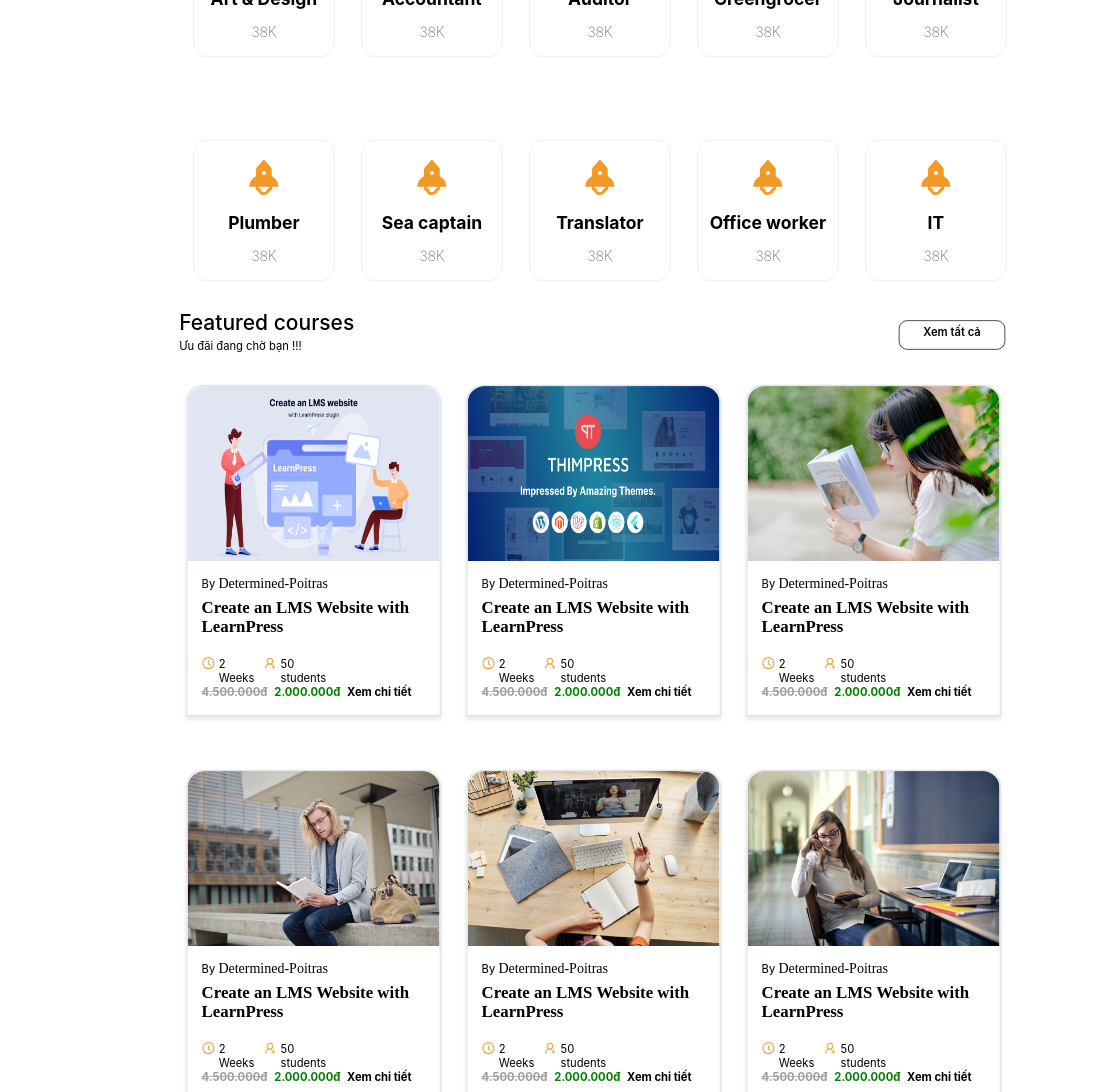
Repository: hieu1802/WebsiteEdupress
Page: / (app in my-app/)
These files come from the project's save history. The page is drawn as it stood at one moment and after the next save; the edit follows.
The browser window is 1280 px wide. The page is 1600 px wide, so the pictures cover 1600 px, including what lies to the right of the window. The pictures show the part of the page from y = 901 to 2461 px (the page is 5841 px tall), at 70% of full size.
The pointer rests on the first visible `.boxFeaturedCourses`.
The project was rebuilt for these pictures with package versions that can differ from the ones it lists, and the page was loaded fresh each time. Also part of the build but not shown: my-app/src/App.css.

Above is the page before, as saved 2024-08-11 11:34:53.

After the next save:
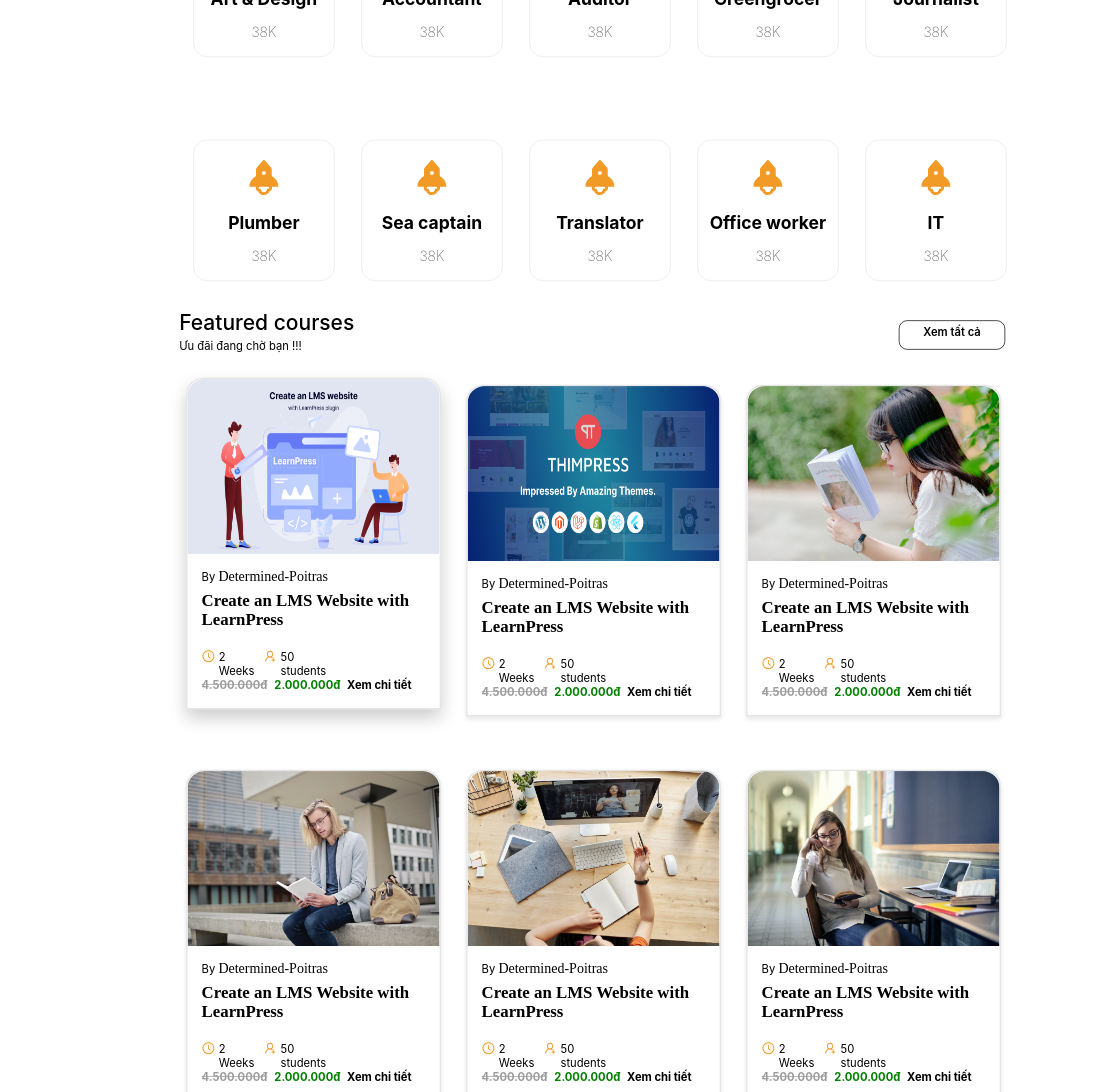
Saved 53 s later.
--- a/my-app/src/Components/HomePage/HomePage.css
+++ b/my-app/src/Components/HomePage/HomePage.css
@@ -277,6 +277,11 @@
     box-shadow: 0 4px 8px rgba(0, 0, 0, 0.1);
 }
 
+.boxFeaturedCourses:hover{
+    transform: translateY(-10px);
+    box-shadow: 0 12px 24px rgba(0, 0, 0, 0.2);
+}
+
 .boxFeaturedCoursesImg{
     width: 100%;
     height: 250px;
